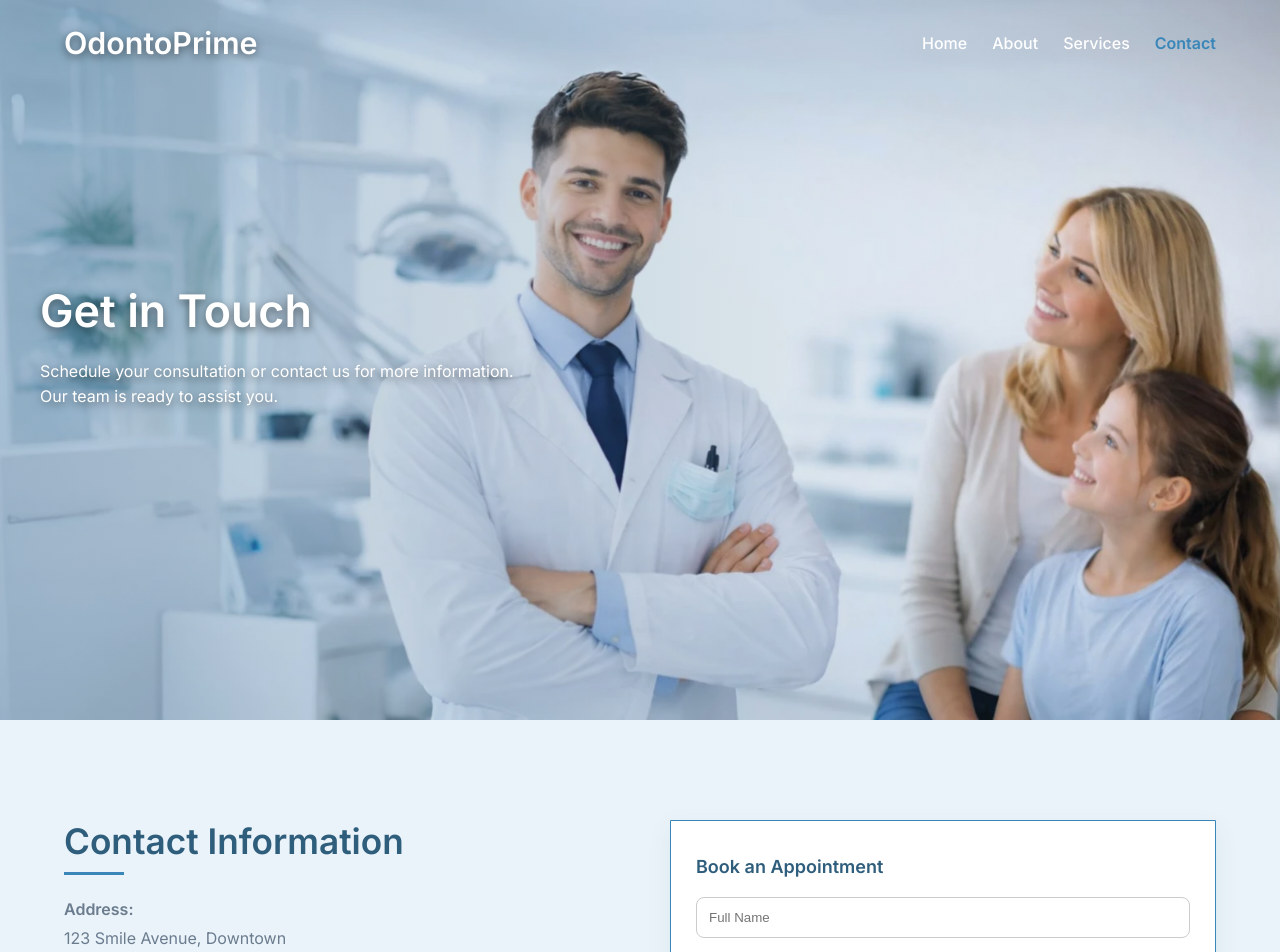
Repository: davidfsillva/OdontoPrime
Page: contact.html
The author's editor kept a copy of each file at every save. The page is drawn from the files as they stood at one save, then again after the next save.
The browser window is 1280 px wide. The pictures show the part of the page from y = 0 to 952 px (the page is 2681 px tall before and 2694 px after).

Above is the page before, as saved 2026-02-17 09:08:45.

### contact.html
<!DOCTYPE html>
<html lang="en">
<head>
<meta charset="UTF-8">
<meta name="viewport" content="width=device-width, initial-scale=1.0">
<title>Contact - OdontoPrime Excellence</title>

<link rel="stylesheet" href="style.css">
<link href="https://fonts.googleapis.com/css2?family=Inter:wght@300;400;500;600&family=Playfair+Display:wght@600;700&display=swap" rel="stylesheet">
</head>


<body>

<!-- HEADER -->
<header>
    <div class="container nav-container">
        <div class="logo">OdontoPrime</div>

        <nav id="nav">
            <a href="index.html">Home</a>
            <a href="about.html">About</a>
            <a href="services.html">Services</a>
            <a href="contact.html" class="active">Contact</a>
        </nav>

        <div class="menu-toggle" onclick="toggleMenu()">☰</div>
    </div>
</header>

<!-- HERO CONTACT -->
<section class="hero hero-contact">
    <div class="container hero-content">
        <div class="hero-text">
            <h1>Get in Touch</h1>
            <p>
                Schedule your consultation or contact us for more information.
                Our team is ready to assist you.
            </p>
        </div>
    </div>
</section>

<!-- CONTACT SECTION -->
<section class="about-preview">
    <div class="container contact-grid">

        <!-- CONTACT INFO -->
        <div class="about-text">
            <h2>Contact Information</h2>

            <p><strong>Address:</strong><br>
            123 Smile Avenue, Downtown<br>
            New York, NY</p>

            <p><strong>Phone:</strong><br>
            +1 (555) 123-4567</p>

            <p><strong>Email:</strong><br>
            contact@odontoprime.com</p>

            <p><strong>Working Hours:</strong><br>
            Monday - Friday: 9:00 AM - 6:00 PM<br>
            Saturday: 9:00 AM - 1:00 PM<br>
            Sunday: Closed</p>

        </div>

        <!-- CONTACT FORM -->
        <div class="card contact-form" style="text-align:left;">

            <h3 style="margin-bottom:20px;">Book an Appointment</h3>

            <form>
                <div style="margin-bottom:15px;">
                    <input type="text" placeholder="Full Name" required
                    style="width:100%; padding:12px; border-radius:8px; border:1px solid #ccc;">
                </div>

                <div style="margin-bottom:15px;">
                    <input type="email" placeholder="Email Address" required
                    style="width:100%; padding:12px; border-radius:8px; border:1px solid #ccc;">
                </div>

                <div style="margin-bottom:15px;">
                    <input type="tel" placeholder="Phone Number"
                    style="width:100%; padding:12px; border-radius:8px; border:1px solid #ccc;">
                </div>

                <div style="margin-bottom:15px;">
                    <select required
                    style="width:100%; padding:12px; border-radius:8px; border:1px solid #ccc;">
                        <option value="">Select Service</option>
                        <option>Implant Dentistry</option>
                        <option>Orthodontics</option>
                        <option>Teeth Whitening</option>
                        <option>Endodontics</option>
                        <option>Pediatric Dentistry</option>
                        <option>Oral Surgery</option>
                    </select>
                </div>

                <div style="margin-bottom:20px;">
                    <textarea placeholder="Message"
                    rows="4"
                    style="width:100%; padding:12px; border-radius:8px; border:1px solid #ccc;"></textarea>
                </div>

                <button type="submit" class="btn-view" style="width:100%;">
                    Send Message
                </button>

            </form>
        </div>

    </div>
</section>

<!-- MAP SECTION -->
<section class="departments">
    <div class="container">
        <h2>Find Us</h2>

        <div style="margin-top:40px;">
            <iframe
                src="https://www.google.com/maps/embed?pb=!1m18!1m12!1m3!1d3021.9475964230247!2d-73.9893086845931!3d40.74881727932778!2m3!1f0!2f0!3f0!3m2!1i1024!2i768!4f13.1!3m3!1m2!1s0x89c259af18a6d5d3%3A0x2e0e1e0b6a9b0b3b!2sNew%20York%2C%20NY!5e0!3m2!1sen!2sus!4v1616621234567!5m2!1sen!2sus"
                width="100%"
                height="400"
                style="border:0; border-radius:20px;"
                allowfullscreen=""
                loading="lazy">
            </iframe>
        </div>

    </div>
</section>

<!-- FINAL CTA -->
<section class="why-us">
    <div class="container" style="text-align:center;">
        <h2>Your Smile Deserves the Best Care</h2>

        <p style="max-width:600px; margin:20px auto; color:var(--text-medium);">
            Contact OdontoPrime Excellence today and experience advanced,
            comfortable, and personalized dental care.
        </p>

        <a href="services.html" class="btn-view">Explore Our Services</a>
    </div>
</section>

<!-- FOOTER -->
<footer>
    <p>© 2026 OdontoPrime - All Rights Reserved</p>
</footer>

<!-- BOTÃO VOLTAR AO TOPO -->
<a href="#" class="back-to-top" id="backToTop">↑</a>

<script src="script.js"></script>


</body>
</html>

### style.css
:root{

    --primary-blue: #2F5D7C;
    --secondary-blue: #4F7FA3;
    --accent-blue: #3A86B9;

    --bg-light: #EAF3F9;
    --white: #FFFFFF;
    --off-white: #E6EEF5;

    --text-dark: #2E3A46;
    --text-medium: #6B7C8F;

    --hero-gradient-start: rgba(47, 93, 124, 0.95);
    --hero-gradient-end: rgba(79, 127, 163, 0.85);

    --shadow-soft: 0 5px 20px rgba(47, 93, 124, 0.08);
}

*{
    margin:0;
    padding:0;
    box-sizing:border-box;
}

body{
    font-family:'Inter', sans-serif;
    background:var(--bg-light);
    color:var(--text-dark);
}


.container{
    width:90%;
    max-width:1200px;
    margin:auto;
}

/* HEADER */

nav{
    display:flex;
    align-items:center;
}

header{
    position:absolute;
    width:100%;
    padding:25px 0;
    z-index:1000;
    background:transparent;
}

.nav-container{
    display:flex;
    justify-content:space-between;
    align-items:center;
}

.logo{
    font-weight:700;
    font-size:1.9rem;
    color:var(--white);
    text-shadow: 0 3px 8px rgba(0, 0, 0, 0.5);
}

nav a{
    margin-left:25px;
    text-decoration:none;
    color:var(--white);
    font-weight:500;
    transition:0.3s;
}

nav a:hover{
    color:var(--accent-blue);
}

.menu-toggle{
    display:none;
    font-size:24px;
    cursor:pointer;
    color:var(--white);
}

nav a.active{
    color: var(--accent-blue);
    font-weight: 600;
    position: relative;
}

/* HERO */

.hero{
    min-height:100vh;
    display:flex;
    align-items:center;
    background:
    linear-gradient(to right,
    rgba(79, 127, 163, 0.438),
    rgba(58, 134, 185, 0.048)),
    url('img/hero.webp') center/cover no-repeat;
    color:var(--white);
    padding:0 0;
    position:relative;
}

.hero-content{
    width:100%;
}

.hero-text{
    max-width:600px;
}

.hero h1{
    font-size:2.8rem;
    margin-bottom:20px;
    font-weight:700;
    line-height:1.2;
    text-shadow: 0 3px 8px rgba(0, 0, 0, 0.5);
}

.hero p{
    margin-bottom:25px;
    max-width:500px;
    font-size:16px;
    line-height:1.6;
    color:var(--white);
    text-shadow: 0 3px 8px rgba(0, 0, 0, 0.5);
}

.hero-about{
    background: var(--primary-blue);
    min-height: 60vh;
}


/* HERO STATS */

.hero-stats{
    position:absolute;
    bottom:0px;
    left:60%;
    transform:translateX(-50%);
    width:90%;
    max-width:1100px;
    display:grid;
    grid-template-columns:repeat(auto-fit, minmax(180px,1fr));
    gap:20px;
    padding:25px 40px;
    background:rgba(255,255,255,0.15);
    backdrop-filter:blur(15px);
    -webkit-backdrop-filter:blur(15px);
    border-radius:20px 0px 0px 0px;
    border:1px solid rgba(255,255,255,0.2);
}

.stat-item{
    text-align:center;
    color:var(--white);
}

.stat-item h2{
    font-size:2rem;
    font-weight:700;
}

.stat-item p{
    font-size:0.9rem;
    opacity:0.9;
}

/* BUTTONS */

.btn{
    padding:14px 30px;
    background:var(--white);
    border:none;
    color:var(--primary-blue);
    font-weight:600;
    border-radius:30px;
    cursor:pointer;
    transition:0.3s;
}

.btn:hover{
    background:var(--accent-blue);
    color:var(--white);
    transform:translateY(-3px);
}

.btn-view {
    padding:14px 30px;
    background:var(--accent-blue);
    border:none;
    color:var(--white);
    font-weight:600;
    border-radius:30px;
    cursor:pointer;
    transition:0.3s;
    text-decoration: none;
    text-align: center;
    display: block;
    width: fit-content;
    margin:40px auto 0;
}

.btn-view:hover {
    transform: translateY(-5px);
    box-shadow: 0 15px 30px rgba(0,0,0,0.2);
}

/* ABOUT */
.about-image{
    position:relative;
    overflow:hidden;
}


.about-preview{
    padding:100px 0;
}

.about-grid{
    display:grid;
    grid-template-columns:1fr 1fr;
    gap:60px;
    align-items:center;
}

.about-text h2{
    font-size:2.2rem;
    color:var(--primary-blue);
    margin-bottom:20px;
    position:relative;
}

.about-text h2::after{
    content:"";
    width:60px;
    height:3px;
    background:var(--accent-blue);
    display:block;
    margin-top:10px;
}

.about-text p{
    font-size:16px;
    line-height:1.8;
    color:var(--text-medium);
}

.about-grid img:not(.lead-dentist){
    width:100%;
    border-radius:20px;
}

.lead-dentist {
    border-radius: 30px; /* cantos arredondados */
    width: 60%;
    height: auto;
    margin: 0 auto;
    box-shadow: 0 8px 20px rgba(0,0,0,0.2); /* opcional: sombra suave */
    display: flex;
    justify-content: center; /* centraliza horizontalmente */
    align-items: center;     /* centraliza verticalmente se tiver altura */
}

/* DEPARTMENTS */

.departments{
    padding:100px 0;
}

.departments h2{
    text-align:center;
    font-size:2.2rem;
    color:var(--primary-blue);
    margin-bottom:60px;
    position:relative;
}

.departments h2::after{
    content:"";
    width:60px;
    height:3px;
    background:var(--accent-blue);
    display:block;
    margin:15px auto 0;
}

.dept-grid{
    display:grid;
    grid-template-columns: repeat(auto-fit, minmax(280px, 1fr));
    gap:30px;
}


.card {
    background:var(--white);
    padding:35px 25px;
    text-align:center;
    border-radius:18px;
    box-shadow:0 8px 25px rgba(47,93,124,0.08);
    transition:0.3s ease;


    border-radius: 0 0 0 32px;
    border:1px solid #3A86B9;

}

.why-card{
    border: none;
}


.card:hover{
    transform:translateY(-6px);
    box-shadow:0 15px 35px rgba(47,93,124,0.15);
}

.card img{
    width:60px;
    margin-bottom:15px;
}

.card h3{
    font-size:18px;
    margin-bottom:12px;
    color:var(--primary-blue);
}

.card p{
    font-size:14px;
    line-height:1.6;
    color:var(--text-medium);
}

/* WHY SECTION FULL IMAGE CARDS */

.why-card {
    position: relative;
    overflow: hidden;
    padding: 0;
    height: 350px;
    border-radius: 20px;
}

.why-card img {
    width: 100%;
    height: 100%;
    object-fit: cover;
    display: block;
}

.why-card .card-content {
    position: absolute;
    bottom: 0;
    width: 100%;
    padding: 25px;
    background: linear-gradient(
        to top,
        rgba(0,0,0,0.75),
        rgba(0,0,0,0.2)
    );
    color: var(--white);
}

.why-card h3 {
    margin-bottom: 8px;
    color: var(--white);
}

.why-card p {
    color: rgba(255,255,255,0.9);
    font-size: 14px;
}


/* WHY US */

.why-us{
    padding:100px 0;
    background:var(--white);
}

.why-us h2{
    text-align:center;
    font-size:2.2rem;
    margin-bottom:60px;
    color:var(--primary-blue);
    position:relative;
}

.why-us h2::after{
    content:"";
    width:60px;
    height:3px;
    background:var(--accent-blue);
    display:block;
    margin:15px auto 0;
}

.contact-grid{
    display:grid;
    grid-template-columns:1fr 1fr;
    gap:60px;
    align-items:start;
}

/* BOTÃO VOLTAR AO TOPO */
.back-to-top {
    position: fixed;       /* fixa na tela */
    bottom: 30px;          /* distância do rodapé */
    right: 30px;           /* distância da borda direita */
    background: var(--accent-blue);
    color: var(--white);
    padding: 12px 18px;
    border-radius: 50px;   /* deixa arredondado */
    text-decoration: none;
    font-weight: 600;
    font-size: 12px;
    box-shadow: 0 8px 20px rgba(0,0,0,0.2);
    transition: 0.3s;
    opacity: 0;            /* inicialmente invisível */
    pointer-events: none;  /* não clicável até aparecer */
    z-index: 1000;
}

.back-to-top:hover {
    background: var(--off-white);
    transform: translateY(-3px);
    color: black;
}

/* quando visível */
.back-to-top.show {
    opacity: 1;
    pointer-events: auto;
}

/* CARDS ESPECÍFICOS DA PÁGINA ABOUT */
.departments.about-cards .card {
    border-radius: 20px;
    padding: 20px;
    box-shadow: 0 10px 25px rgba(47,93,124,0.1);
    transition: transform 0.3s ease, box-shadow 0.3s ease;
    text-align: center;
}

/* Hover */
.departments.about-cards .card:hover {
    transform: translateY(-5px);
    box-shadow: 0 15px 35px rgba(47,93,124,0.2);
}

/* Card titles and text */
.departments.about-cards .card h3 {
    font-size: 1.2rem;
    color: var(--primary-blue);
    margin: 15px 0 10px;
}

.departments.about-cards .card p {
    font-size: 0.95rem;
    line-height: 1.6;
    color: var(--text-medium);
}

/* Imagem maior e proporcional */
.departments.about-cards .card img {
    width: 70%;          /* ocupa toda a largura do card */
    height: 340px;        /* altura maior */
    object-fit: cover;    /* mantém proporção e recorta excesso */
    border-radius: 50px;  /* cantos arredondados */
    margin-bottom: 15px;  /* separação do texto */
}






/* FOOTER */

footer{
    background:var(--primary-blue);
    color:var(--white);
    text-align:center;
    padding:30px;
    font-size:14px;
}

/* RESPONSIVE */

/* =========================
   RESPONSIVE
========================= */
@media (max-width: 768px) {

    /* NAVIGATION */
    nav {
        position: absolute;
        top: 80px;
        right: 0;
        background: var(--white);
        flex-direction: column;
        width: 200px;
        display: none;
        box-shadow: var(--shadow-soft);
    }

    nav a {
        padding: 15px;
        margin: 0;
        border-bottom: 1px solid var(--off-white);
        color: var(--text-dark);
    }

    nav.active {
        display: flex;
    }

    .menu-toggle {
        display: block;
    }

        /* HERO INTERNO (about, services, contact) */
    .hero-about,
    .hero-services,
    .hero-contact {
        min-height: 45vh;
        display: flex;
        align-items: center;
        justify-content: center;
        text-align: center;
        padding: 100px 20px 40px;
    }

    .hero-about h1,
    .hero-services h1,
    .hero-contact h1 {
        font-size: 1.6rem;
    }

    .hero-about p,
    .hero-services p,
    .hero-contact p {
        font-size: 0.95rem;
        max-width: 100%;
        margin: 0 auto;
    }

    /* ABOUT GRID */
    .about-grid {
        grid-template-columns: 1fr;
        gap: 30px;
        text-align: center;
    }

    .about-text h2 {
        font-size: 1.6rem;
    }

    /* DEPARTMENTS / SERVICES GRID */
    .dept-grid {
        grid-template-columns: 1fr;
        gap: 20px;
    }

    .card {
        padding: 25px 20px;
    }

    /* WHY SECTION */
    .why-us {
        padding: 70px 0;
    }

    .why-card {
        height: 280px;
    }

    /* CONTACT PAGE (caso tenha form grid) */
    .contact-grid {
        grid-template-columns: 1fr;
        gap: 30px;
    }

    .contact-form input,
    .contact-form textarea {
        width: 100%;
    }

    .hero {
        flex-direction: column;
        justify-content: center;
        align-items: center;
        text-align: center;
        padding: 20px 20px 0;
        background:
            linear-gradient(to top,
            rgba(47, 93, 124, 0.048),
            rgba(47, 93, 124, 0.2)),
            url('img/hero-mobile.webp') center/cover no-repeat;
    }



    .hero h1 {
        font-size: 1.8rem;
    }

    .hero p {
        max-width: 100%;
    }

        .hero-stats {
        left: 50%;
        transform: translateX(-50%);
        width: 95%;
        max-width: 100%;
        border-radius: 20px 20px 0 0;
        padding: 10px 12px 10px;
        gap: 1px;
        grid-template-columns: repeat(2, 1fr);
    }

    .stat-item h2 {
        font-size: 1.4rem;
    }

    .stat-item p {
        font-size: 0.75rem;
    }



}

### script.js
// TOGGLE MENU MOBILE
function toggleMenu() {
    document.getElementById("nav").classList.toggle("active");
}

// BOTÃO VOLTAR AO TOPO
const backToTopButton = document.getElementById('backToTop');

// Mostrar o botão quando a página for rolada 300px ou mais
window.addEventListener('scroll', () => {
    if (window.scrollY > 300) {
        backToTopButton.classList.add('show');
    } else {
        backToTopButton.classList.remove('show');
    }
});

// Rolar suavemente até o topo ao clicar
backToTopButton.addEventListener('click', (e) => {
    e.preventDefault();
    window.scrollTo({ top: 0, behavior: 'smooth' });
});

After the next save:
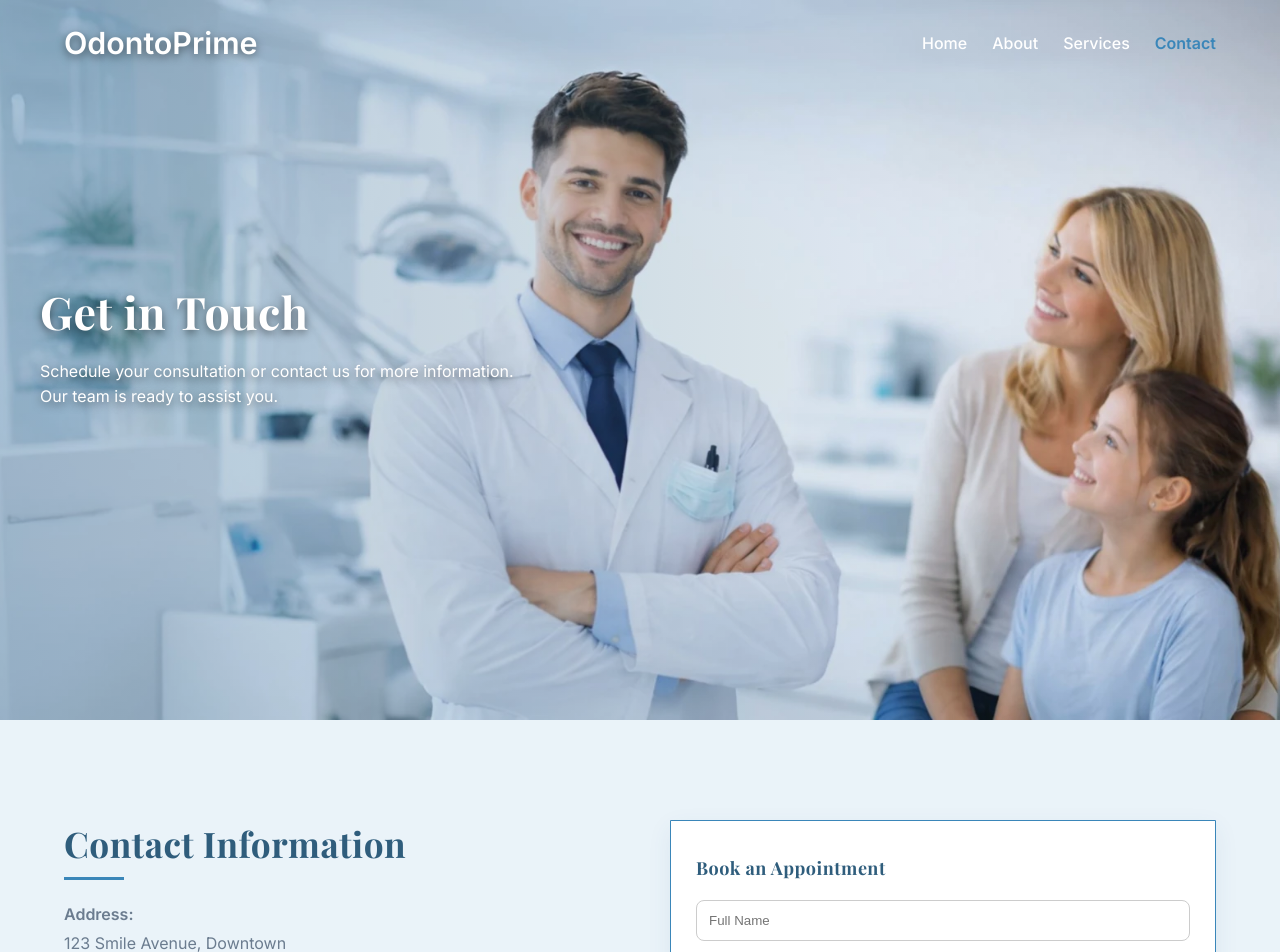
Saved 36 s later.
--- a/style.css
+++ b/style.css
@@ -27,6 +27,11 @@ body{
     font-family:'Inter', sans-serif;
     background:var(--bg-light);
     color:var(--text-dark);
+}
+
+h1, h2, h3 {
+    font-family: 'Playfair Display', serif;
+    letter-spacing: 0.5px;
 }
 
 
